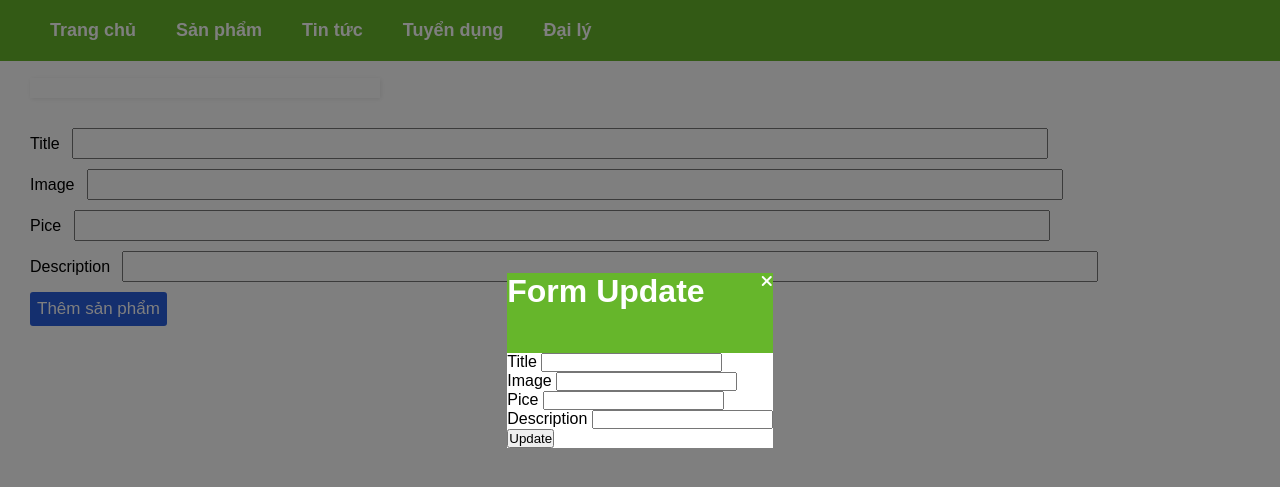
Repository: Ngoc28/CURD_HTML-CSS_JS_JSON
Page: index.html
These files come from the project's save history. The page is drawn as it stood at one moment and after the next save; the edit follows.
The browser window is 1280 px wide. The pictures show the whole page.
The page's requests for data from a server got no answer.

Above is the page before, as saved 2023-04-11 09:41:01.

After the next save:
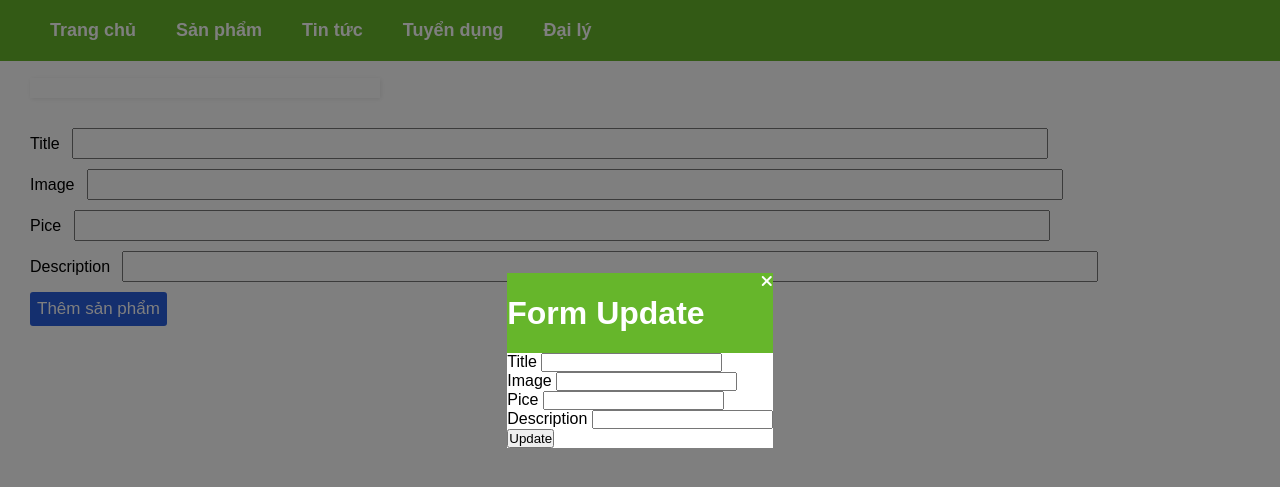
Saved 48 s later.
--- a/asset/css/style.css
+++ b/asset/css/style.css
@@ -194,6 +194,11 @@ body {
     height: 80px;
 }
 
+.modal h1 {
+    line-height: 80px;
+    align-items: center;
+}
+
 .modal .update-icon {
     float: right;
 }
